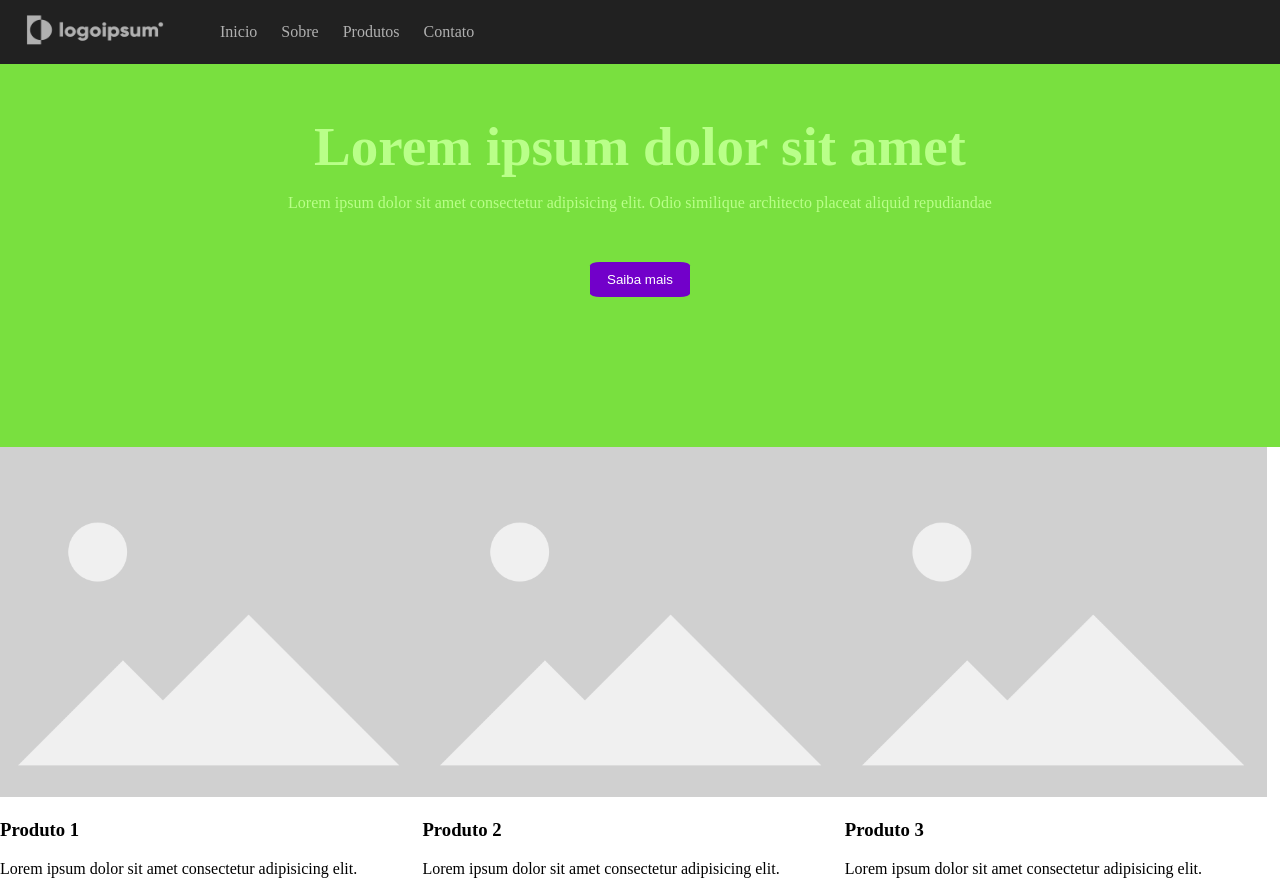
Repository: Carolden/SiteCrie_Ti
Page: index.html
These files come from the project's save history. The page is drawn as it stood at one moment and after the next save; the edit follows.
The browser window is 1280 px wide. The pictures show the whole page.

Above is the page before, as saved 2023-04-23 21:03:42.

After the next save:
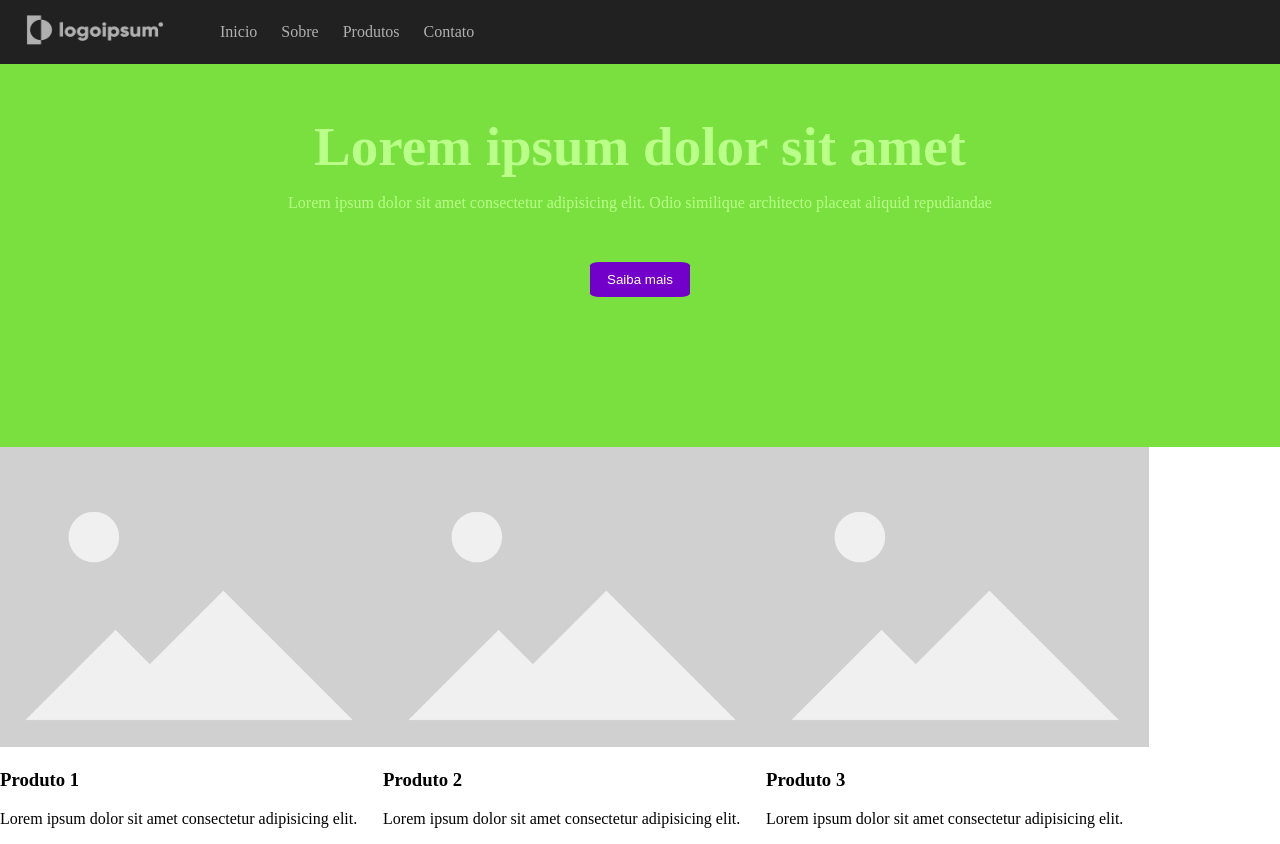
Saved 8 s later.
--- a/index.css
+++ b/index.css
@@ -78,6 +78,6 @@ button {
 
 .column img {
     width: 100%;
-    height: 350px;
+    height: 300px;
     object-fit: cover;
 }
